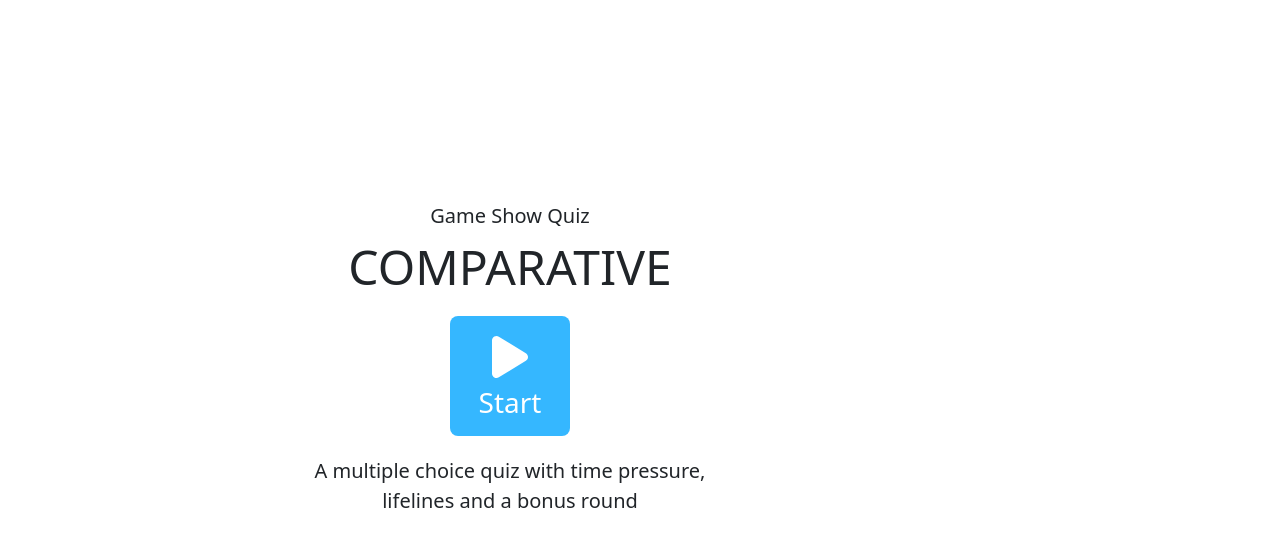
Repository: litaiqiang1407/comparative-gq
Page: /
These files come from the project's save history. The page is drawn as it stood at one moment and after the next save; the edit follows.
The browser window is 1280 px wide. The pictures show the whole page.
The project was rebuilt for these pictures with package versions that can differ from the ones it lists, and the page was loaded fresh each time. Also part of the build but not shown: vue.config.js.

Above is the page before, as saved 2024-06-20 19:58:02.

### public/index.html
<!DOCTYPE html>
<html lang="">
  <head>
    <meta charset="utf-8" />
    <meta http-equiv="X-UA-Compatible" content="IE=edge" />
    <meta name="viewport" content="width=device-width,initial-scale=1.0" />
    <link rel="icon" href="<%= BASE_URL %>favicon.ico" />
    <title>Comparative Game show Quiz</title>
  </head>
  <body>
    <div id="app"></div>
    <!-- built files will be auto injected -->
  </body>
</html>

### src/main.js
// main.js

import { createApp } from "vue";
import App from "./App.vue";
import router from "./router"; // Assuming you have set up router/index.js properly
import "bootstrap/dist/css/bootstrap.min.css";
import "bootstrap/dist/js/bootstrap.bundle.min.js";
import "bootstrap";

// Font Awesome imports
import { library } from "@fortawesome/fontawesome-svg-core";
import { FontAwesomeIcon } from "@fortawesome/vue-fontawesome";
import { fas } from "@fortawesome/free-solid-svg-icons";
import { far } from "@fortawesome/free-regular-svg-icons";
import { fab } from "@fortawesome/free-brands-svg-icons";

library.add(fas, far, fab);

const app = createApp(App);

// Register the FontAwesomeIcon component globally
app.component("font-awesome-icon", FontAwesomeIcon);

// Use Vue Router
app.use(router);

// Mount the app
app.mount("#app");

### src/App.vue
<template>
  <start-game v-if="status === 'start'" @onStart="onStart()" />
  <game-intro v-if="status === 'intro'" @onPlay="onPlay()" />
  <playing-game v-if="status === 'playing'" />
</template>

<script>
// Import
import StartGame from "./components/StartGame/StartGame.vue";
import GameIntro from "./components/PlayingGame/Intro/GameIntro.vue";
import PlayingGame from "./components/PlayingGame/PlayingGame.vue";

// Export
export default {
  name: "App",
  data() {
    return {
      status: "start",
    };
  },
  components: {
    StartGame,
    GameIntro,
    PlayingGame,
  },
  methods: {
    onStart() {
      this.status = "intro";
    },
    onPlay() {
      this.status = "playing";
    },
  },
};
</script>

// Scoped CSS
<style lang="scss">
.example {
  color: blue;
}
</style>

### src/router/index.js
// src/router/index.js

import { createRouter, createWebHistory } from "vue-router";
import StartGame from "../components/StartGame/StartGame.vue";
import PlayingGame from "../components/PlayingGame/PlayingGame.vue";
import GameIntro from "../components/PlayingGame/Intro/GameIntro.vue";

const routes = [
  { path: "/", component: StartGame },
  { path: "/intro", component: GameIntro },
  { path: "/playing", component: PlayingGame },
];

const router = createRouter({
  history: createWebHistory(),
  routes,
});

export default router;

### src/assets/styles/GlobalStyles.scss
@import "normalize.css";
@import url("https://fonts.googleapis.com/css2?family=Rubik:ital,wght@0,300..900;1,300..900&display=swap");

:root {
  --primary-color: #35b7ff;
  --white: #fff;
}

* {
  box-sizing: border-box;
}

html {
  font-size: 62.5%;
}

body {
  font-family: "Rubik", sans-serif;
  font-size: 1.6rem;
  line-height: 1.5;
  text-rendering: optimizeSpeed;
}

h1,
h2,
h3 {
  margin: 0;
}

### src/components/StartGame/StartGame.vue
<template>
  <div class="start">
    <div class="container">
      <h2 class="title">Game Show Quiz</h2>
      <h1 class="game-name">COMPARATIVE</h1>
      <button class="play-button" @click="onStart()">
        <font-awesome-icon :icon="['fas', 'play']" class="button-icon" />
        <span class="button-title">Start</span>
      </button>
      <span class="description">
        A multiple choice quiz with time pressure, lifelines and a bonus round
      </span>
    </div>
  </div>
</template>

<script>
import { FontAwesomeIcon } from "@fortawesome/vue-fontawesome";

export default {
  components: {
    FontAwesomeIcon,
  },
  methods: {
    onStart() {
      this.$emit("onStart");
    },
  },
};
</script>

<style lang="scss" scoped>
@import "./StartGame.scss";
</style>

### src/components/PlayingGame/Intro/GameIntro.vue
<template>
  <div class="game-intro">
    <h1>Welcome to the Game!</h1>
    <p>Get ready...</p>
  </div>
</template>

<script>
export default {
  name: "GameIntro",
  mounted() {
    setTimeout(() => {
      this.$emit("onPlay");
    }, 3000);
  },
};
</script>

<style lang="scss" scoped>
@import "./GameIntro.scss";
</style>

### src/components/PlayingGame/PlayingGame.vue
<template>
  <div class="playing-game">
    <h1>Playing Game...</h1>
    <!-- Game content here -->
  </div>
</template>

<script>
export default {
  name: "PlayingGame",
};
</script>

<style lang="scss" scoped>
.playing-game {
  text-align: center;
  h1 {
    color: #35495e;
  }
}
</style>

### src/components/StartGame/StartGame.scss
.start {
  display: flex;
  justify-content: center;
  align-items: center;
  height: 100vh;
  width: 1020px;

  .container {
    width: 480px;
    height: 540px;
    margin: 0 auto;
    display: flex;
    flex-direction: column;
    justify-content: center;
    align-items: center;
  }

  .title {
    font-size: 2rem;
    margin-bottom: 1rem;
  }

  .game-name {
    font-size: 4.8rem;
    margin-bottom: 2rem;
  }

  .play-button {
    height: 120px;
    width: 120px;
    display: flex;
    flex-direction: column;
    justify-content: center;
    align-items: center;
    border: none;
    background-color: var(--primary-color);
    cursor: pointer;
    border-radius: 8px;

    .button-icon {
      font-size: 4.8rem;
      margin-bottom: 0.5rem;
      color: var(--white);
    }

    .button-title {
      font-size: 2.8rem;
      color: var(--white);
    }
  }
  .description {
    font-size: 2rem;
    margin-top: 2rem;
    text-align: center;
  }
}

### src/components/PlayingGame/Intro/GameIntro.scss
.game-intro {
    display: flex;
    flex-direction: column;
    align-items: center;
    justify-content: center;
    height: 100vh;
    background-color: #f5f5f5;
    h1 {
      color: #35495e;
    }
    p {
      color: #42b983;
      font-size: 24px;
    }
  }

After the next save:
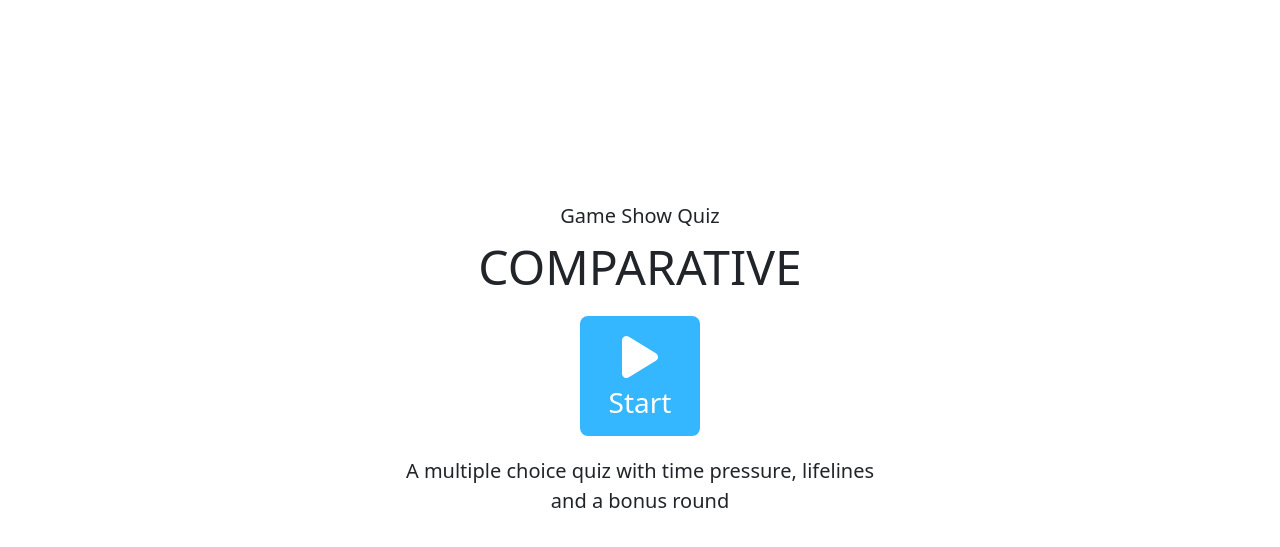
Saved 54 s later.
--- a/src/components/StartGame/StartGame.scss
+++ b/src/components/StartGame/StartGame.scss
@@ -3,10 +3,9 @@
   justify-content: center;
   align-items: center;
   height: 100vh;
-  width: 1020px;
 
   .container {
-    width: 480px;
+    width: 1020px;
     height: 540px;
     margin: 0 auto;
     display: flex;
@@ -49,6 +48,7 @@
     }
   }
   .description {
+    width: 480px;
     font-size: 2rem;
     margin-top: 2rem;
     text-align: center;
